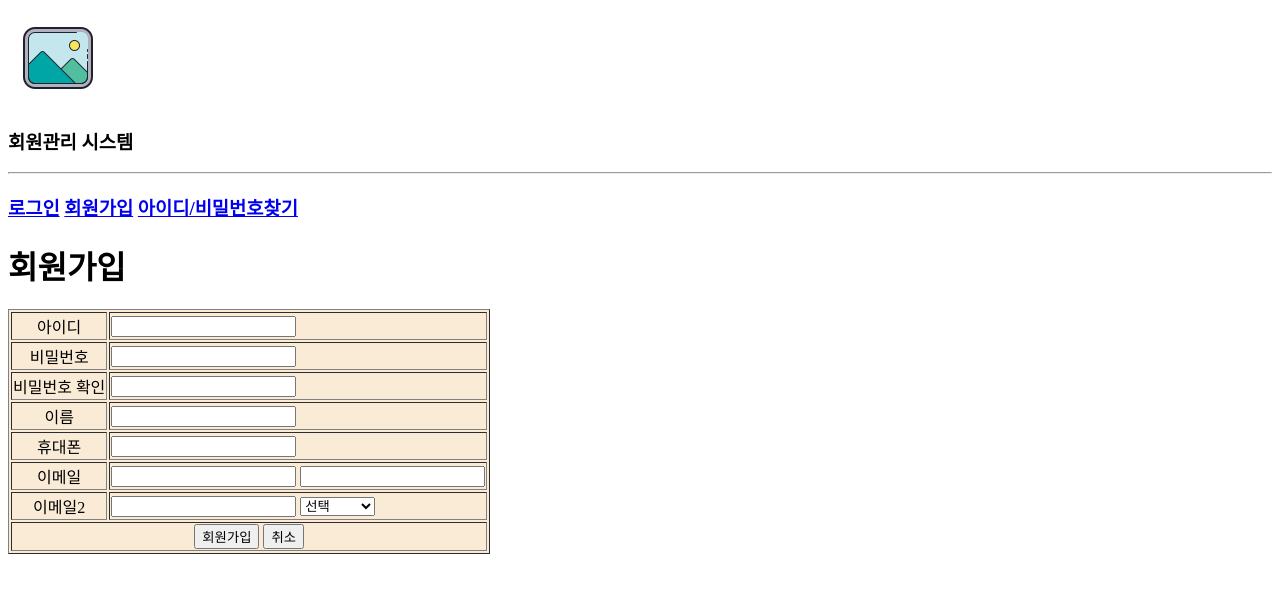
Repository: jelly02/workspace_web
Page: 02.html_form_table/src/main/webapp/joinMember.html
An editor plug-in stored every save of this project. The page is shown before and after the next save, followed by the edit.
The browser window is 1280 px wide. The pictures show the whole page.

Above is the page before, as saved 2021-06-24 02:17:18.

### 02.html_form_table/src/main/webapp/joinMember.html
<!DOCTYPE html PUBLIC "-//W3C//DTD HTML 4.01 Transitional//EN" "http://www.w3.org/TR/html4/loose.dtd">
<html>
<head>
<meta http-equiv="Content-Type" content="text/html; charset=UTF-8">
<title>Insert title here</title>
</head>
<body>

	<a href="index.html"><img src = "img/icon.png"></a>

	<h3>회원관리 시스템</h3>
		<hr>

		<h3>
			<a href="login.html">로그인</a>
			<a href="joinMember.html">회원가입</a>
			<a href="findMember.html">아이디/비밀번호찾기</a>
		</h3>

		<h1>회원가입</h1>


<table border="1" cellspacing="2px" cellpading="5px" bgcolor="AntiqueWhite">
					<form action = "signIn.html" method = "post">

					<!-- 아이디 -->

					<tr>
						<td align="center">아이디</td>
						<td><input type = "text" name="memberId"></td>
					</tr>

					<tr>
						<td align="center">비밀번호</td>
						<td><input type = "password" name="memberPw"></td>
					</tr>

					<tr>
						<td align="center">비밀번호 확인</td>
						<td><input type = "password" name="memberPwConfirm"></td>
					</tr>

					<tr>
						<td align="center">이름</td>
						<td><input type = "password" name="name"></td>
					</tr>

					<tr>
						<td align="center">휴대폰</td>
						<td><input type = "password" name="mobile"></td>
					</tr>

					<tr>
						<td align="center">이메일 </td>
						<td>
							<input type = "text" name="email1">
							<input type = "text" name="email2">
						</td>
					</tr>

					<tr>
						<td align="center">이메일2</td>
						<td>
							<input type = "text" name="email2">

							<select name = "selectEmail">
								<option value = "none"> 선택 </option>
								<option value = "@naver.com"> 네이버 </option>
								<option value = "@gmail.com"> 구글 </option>
								<option value = "@daum.net"> 다음 </option>
								<option value = "userInput"> 직접 입력 </option>
							</select>
						</td>
					</tr>


					<tr>
						<td align="center" colspan="2" align="center">
							<input type = "submit" value = "회원가입" >
							<input type = "reset" value = "취소">
						</td>
					</tr>


					</form>
			</table>

</body>
</html>

After the next save:
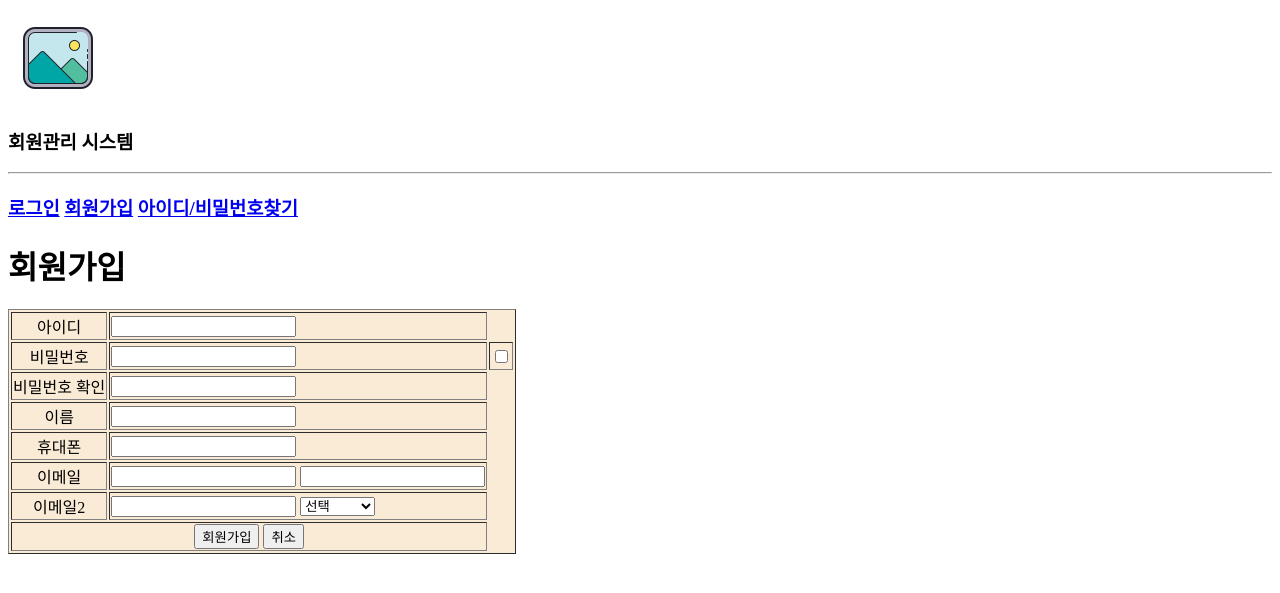
Saved 91 s later.
--- a/02.html_form_table/src/main/webapp/joinMember.html
+++ b/02.html_form_table/src/main/webapp/joinMember.html
@@ -33,6 +33,7 @@
 					<tr>
 						<td align="center">비밀번호</td>
 						<td><input type = "password" name="memberPw"></td>
+						<td><input type = "checkbox" name="visible"></td>
 					</tr>
 
 					<tr>

After the save that followed:
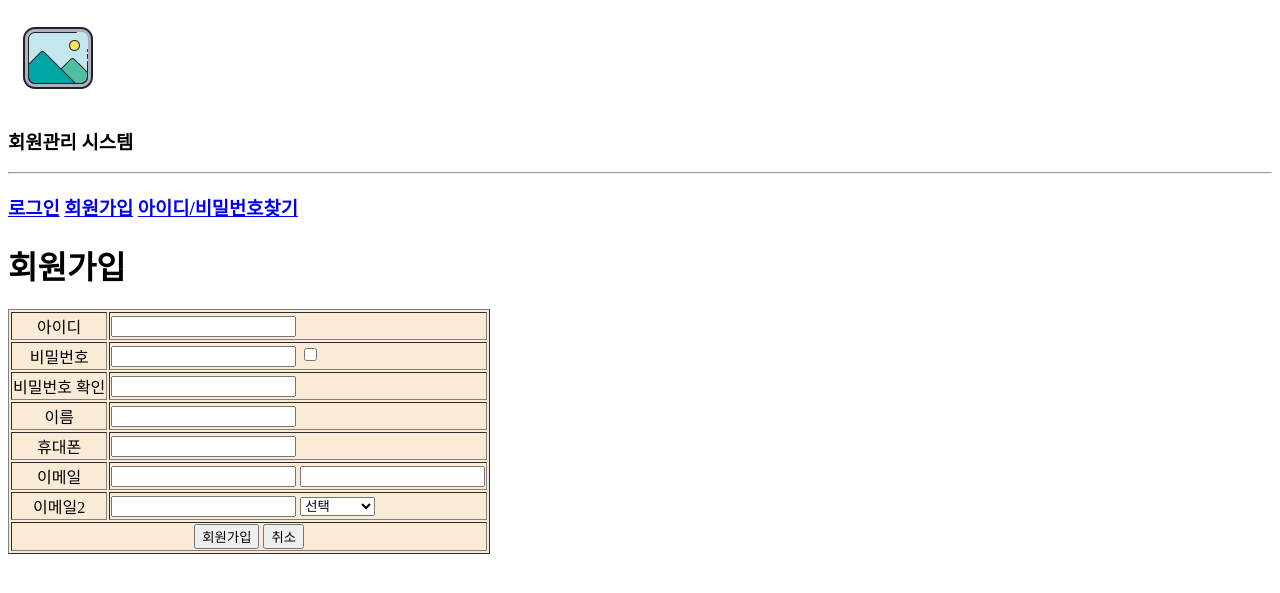
Saved 22 s later.
--- a/02.html_form_table/src/main/webapp/joinMember.html
+++ b/02.html_form_table/src/main/webapp/joinMember.html
@@ -32,8 +32,11 @@
 
 					<tr>
 						<td align="center">비밀번호</td>
-						<td><input type = "password" name="memberPw"></td>
-						<td><input type = "checkbox" name="visible"></td>
+						<td>
+							<input type = "password" name="memberPw">
+							<input type = "checkbox" name="visible">
+
+						</td>
 					</tr>
 
 					<tr>
